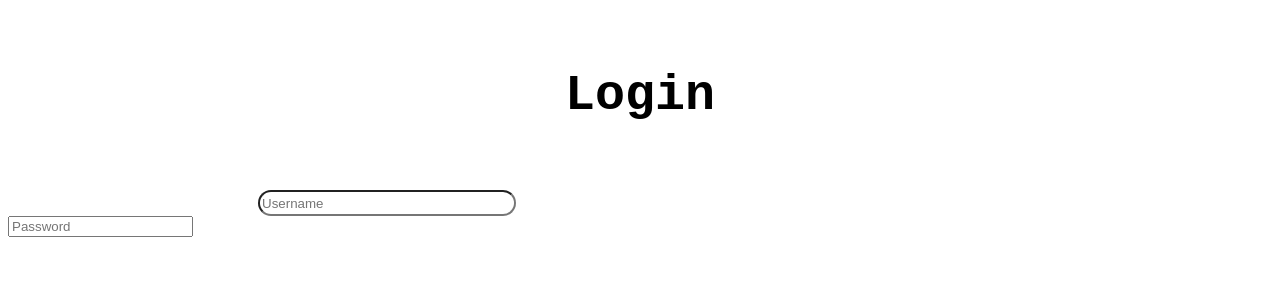
Repository: yhung004/TUTORIAL_PAGE
Page: log_in.html
These files come from the project's save history. The page is drawn as it stood at one moment and after the next save; the edit follows.
The browser window is 1280 px wide. The pictures show the whole page.

Above is the page before, as saved 2024-04-10 12:13:59.

### log_in.html
<!DOCTYPE html>
<html lang="en">
<head>
    <meta charset="UTF-8">
    <meta name="viewport" content="width=device-width, initial-scale=1.0">
    <title>Login</title>
    <link rel="stylesheet" href="main.css">
</head>
<body>
    <h4 class="login">Login</h4>
    <input type="text" placeholder="Username" class="username"> <br>
    <input type="text" placeholder="Password" class="password">
</body>
</html>

### main.css
.welcome{
    text-align: center;
    font-family: 'Courier New', Courier, monospace;
    font-size: 30px;
    margin-top: 80px;
}
.welcome_text {
    margin-top: 20px;
    text-align:center;
    font-family: 'Courier New', Courier, monospace;
    font-size: 30px;
}
.button_a {
    position: relative;
    left: 580px;
    border: 1px solid black;
    background-color:white;
    border-radius: 30px;
    font-size: 40px;
    padding: 2px 18px 2px 18px;
    margin-top: 20px;
}
.button_b {
    position: relative;
    right: -600px;
    border : 1px solid black;
    border-radius: 40px;
    background-color: rgb(63, 60, 60);
    color:white;
    font-size: 40px;
    padding: 2px 7px 2px 7px;
    margin-top: 20px;
}
a.button_b1 {
    text-decoration: none;
    color:white;
}
a.button_a1 {
    text-decoration:none;
    color:black;
}
.login {
    text-align:center;
    font-size: 50px;
    font-family: monospace;
}
.username {
    position: relative;
    border-radius: 30px;
    left: 250px;
    width: 250px;
    height: 20px;
}

After the next save:
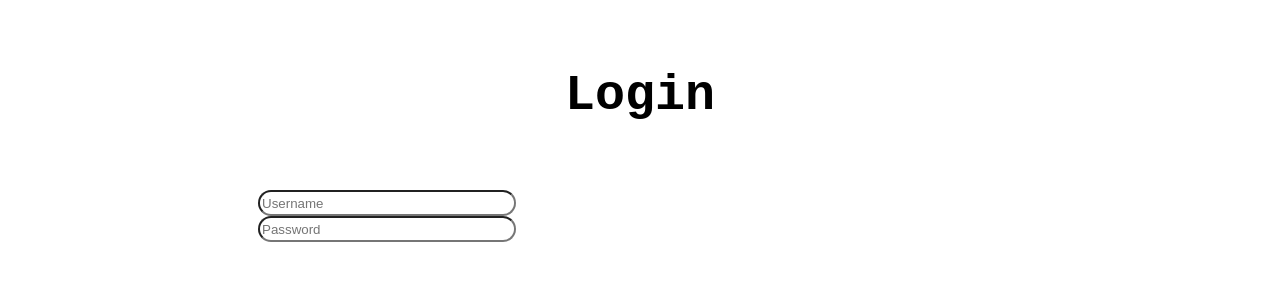
Saved 67 s later.
--- a/main.css
+++ b/main.css
@@ -51,3 +51,10 @@ a.button_a1 {
     width: 250px;
     height: 20px;
 }
+.password {
+    position: relative;
+    border-radius: 30px;
+    left: 250px;
+    width: 250px;
+    height: 20px;
+}
